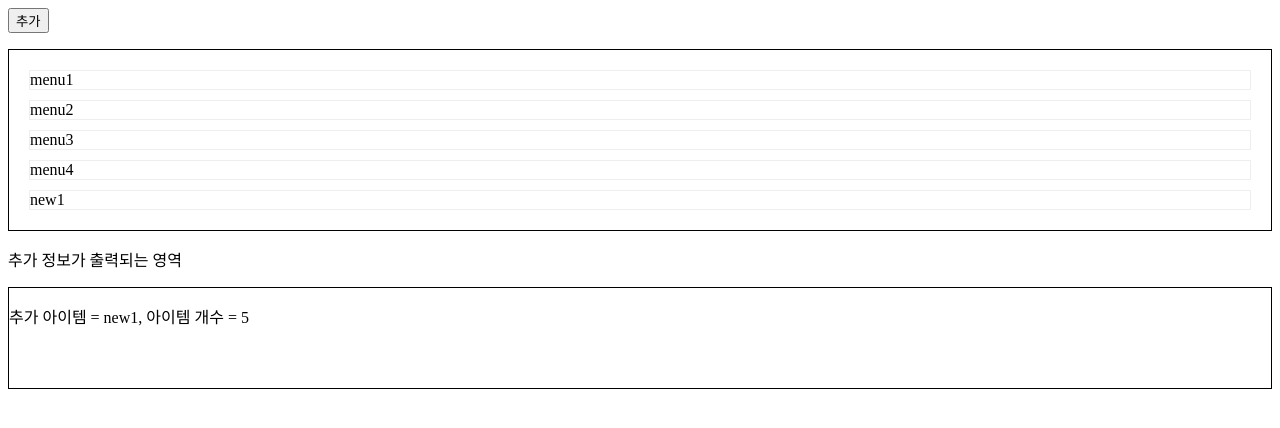
Repository: swc0516s/EZEN-JS
Page: JavaScript Workspace Lecture/JavaScript_jQuery_03/WebContent/Chapter06/6_09.html
The author's editor kept a copy of each file at every save. The page is drawn from the files as they stood at one save, then again after the next save.
The browser window is 1280 px wide. The pictures show the whole page.
After loading, the first visible `#add` was clicked once.

Above is the page before, as saved 2022-03-22 06:11:14.

### JavaScript Workspace Lecture/JavaScript_jQuery_03/WebContent/Chapter06/6_09.html
<!DOCTYPE html>
<html>
<head>
<meta charset="UTF-8">
<title>Insert title here</title>
<style type="text/css">
body {
	font-size: 16px;
	font-family: "굴림;"
}

ul.menu {
	padding: 10px;
	list-style: none;
	border: 1px #000 solid;
}

ul li {
	border: 1px #eeeeee solid;
	margin: 10px;
}

ul {
	padding: 10px
}

li.select {
	background-color: #ccc;
}

#output {
	border: 1px solid #000;
	min-height: 100px;
}
</style>
<script type="text/javascript" src="../libs/jquery-3.6.0.min.js"></script>
<script type="text/javascript">
	// 동적으로 메뉴 항목을 추가하고 메뉴 항목 클릭 시 클릭한 메뉴 항목 출력
	$(document).ready(
			function() {
				var output = $("#output");
				var menu = $("ul.menu");
				var count = 0;

				$("#add").click(function() {
					count++;
					var newItem = $("<li>new" + count + "</li>");
					menu.append(newItem);

					var event = $.Event("addItem");
					event.item = newItem;
					event.itemName = newItem.text();
					event.itemLength = menu.children().length;
					menu.trigger(event);
				});
				menu.on("addItem", function(e) {
					output.prepend("<p>추가 아이템 = " + e.itemName + ", 아이템 개수 = "
							+ e.itemLength + "</p>");

				});

			});
</script>
</head>
<body>
	<div>
		<button id="add">추가</button>
	</div>
	<ul class="menu">
		<li>menu1</li>
		<li>menu2</li>
		<li>menu3</li>
		<li>menu4</li>
	</ul>
	<p>추가 정보가 출력되는 영역</p>
	<div id="output"></div>
</body>
</html>

Loaded but not shown: JavaScript Workspace Lecture/JavaScript_jQuery_03/WebContent/libs/jquery-3.6.0.min.js (library)

After the next save:
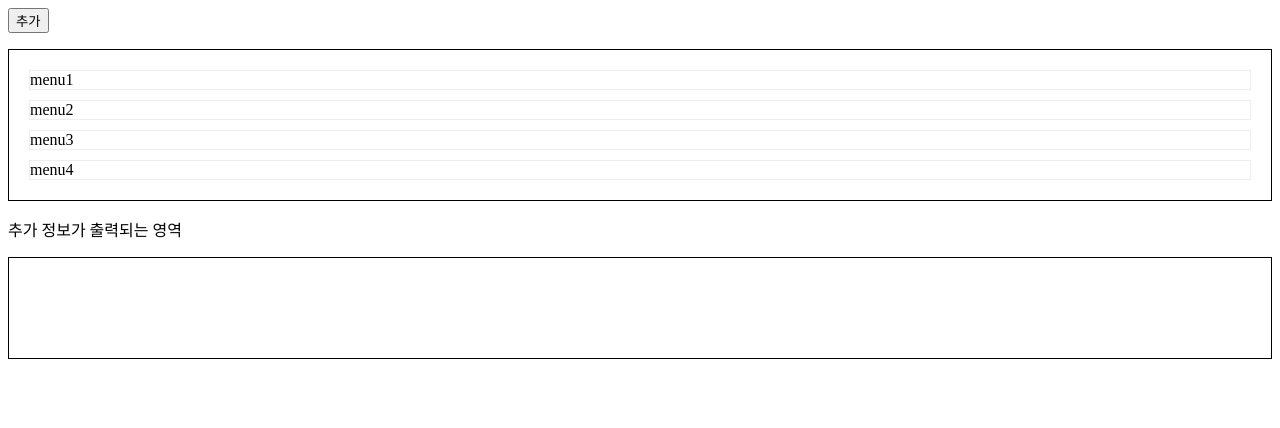
Console error: ReferenceError: newitem is not defined
Saved 31 s later.
--- a/JavaScript Workspace Lecture/JavaScript_jQuery_03/WebContent/Chapter06/6_09.html
+++ b/JavaScript Workspace Lecture/JavaScript_jQuery_03/WebContent/Chapter06/6_09.html
@@ -45,7 +45,7 @@ li.select {
 				$("#add").click(function() {
 					count++;
 					var newItem = $("<li>new" + count + "</li>");
-					menu.append(newItem);
+					menu.append(newitem);
 
 					var event = $.Event("addItem");
 					event.item = newItem;
